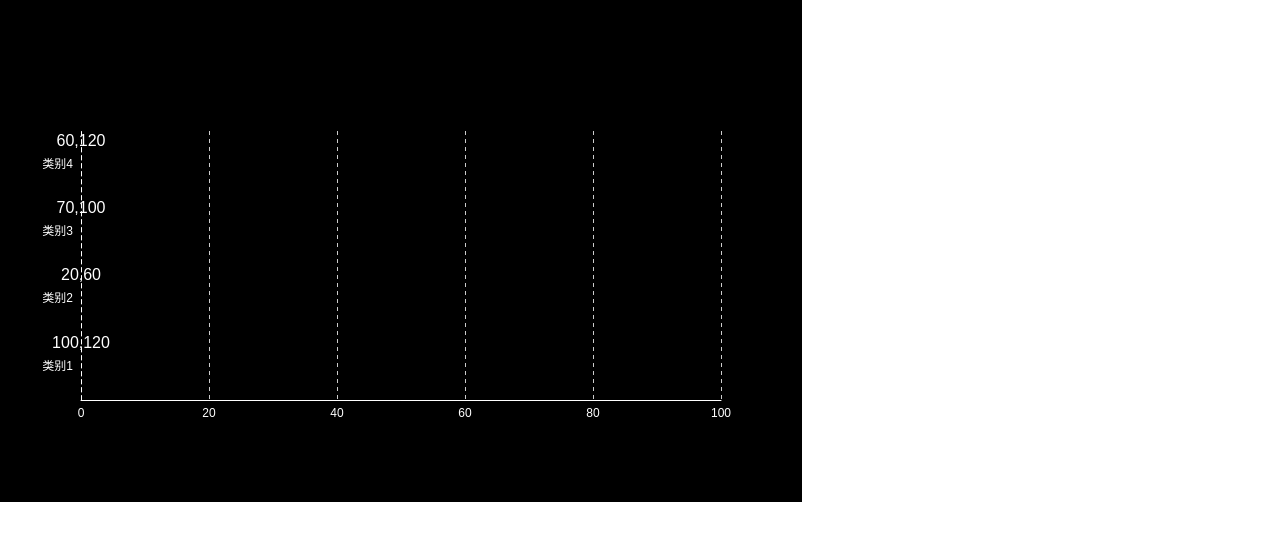
Repository: 572031690/echartproj
Page: /#/test
An editor plug-in stored every save of this project. The page is shown before and after the next save, followed by the edit.
The browser window is 1280 px wide. The pictures show the whole page.
The project was rebuilt for these pictures with package versions that can differ from the ones it lists, and the page was loaded fresh each time. Also part of the build but not shown: vue.config.js, src/components/Seller.vue, src/views/SellerPage.vue, src/utils/theme_utils.js, src/components/Trend.vue, src/views/TrendPage.vue, src/utils/map_utils.js, src/components/Map.vue and 9 more.

Above is the page before, as saved 2021-08-05 10:18:43.

After the next save:
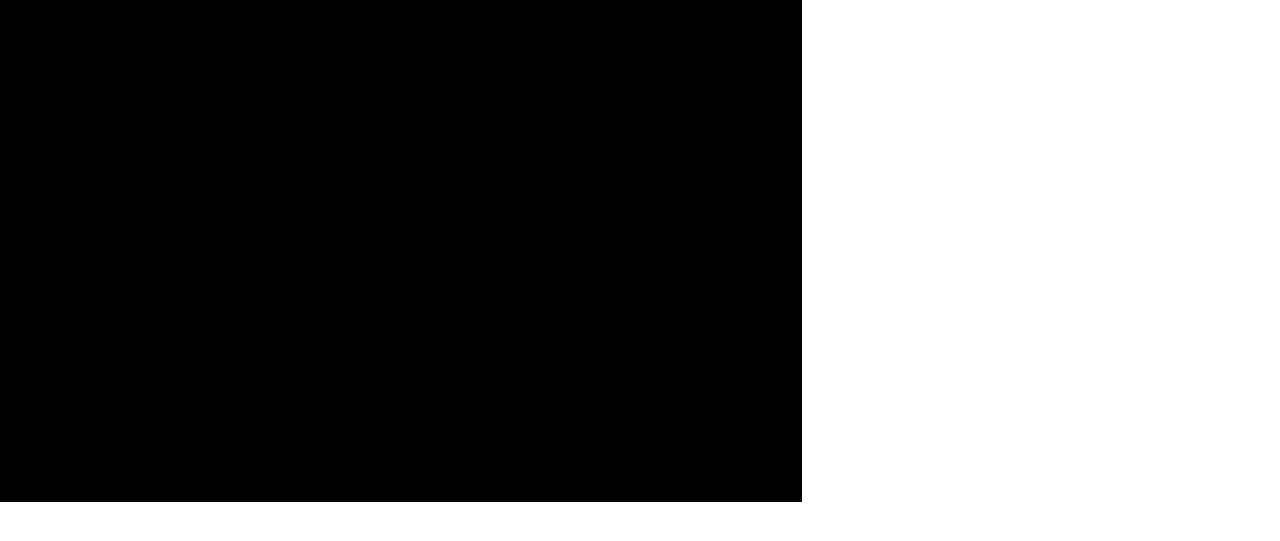
Saved 50 s later.
--- a/src/components/Test.vue
+++ b/src/components/Test.vue
@@ -120,10 +120,7 @@ export default {
       chartInstance.setOption(option);
     },
     getData() {
-      let sum = 0;
-      this.seriesData.forEach(item => (sum += item));
-      const aver = sum / this.seriesData.length;
-      // console.log(aver)
+      const sum = 0;
       this.barChart.dataList[0] = this.seriesData.map(item => {
         if (item > aver) return item - aver;
         else return 0;
